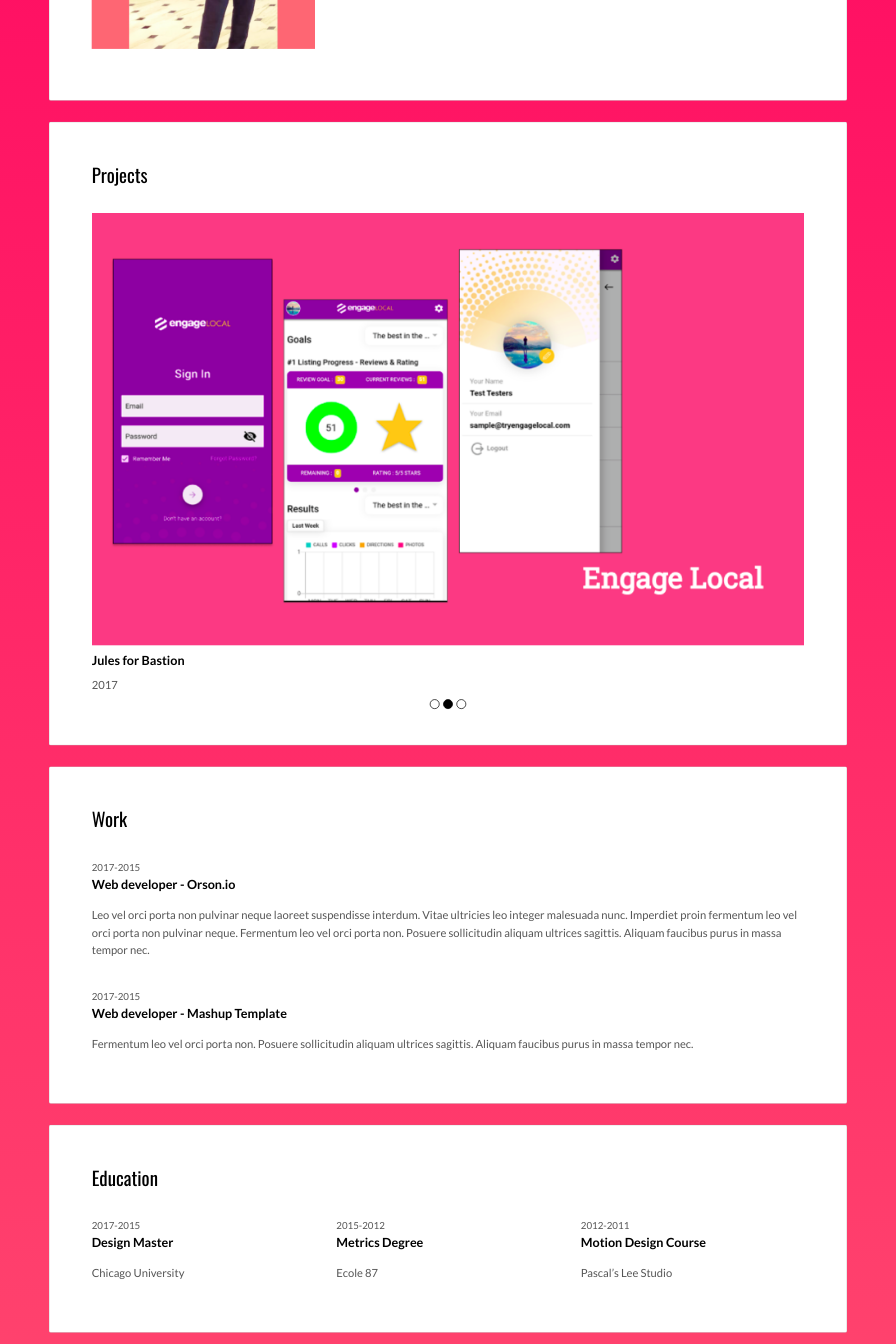
Repository: Ankit-singh7/work_with_ankit.github.io
Page: index.html
The author's editor kept a copy of each file at every save. The page is drawn from the files as they stood at one save, then again after the next save.
The browser window is 1280 px wide. The pictures show the part of the page from y = 687 to 2607 px (the page is 4167 px tall), at 70% of full size.
A picture or video elsewhere on the page could not be fetched, so the positions and the page height are approximate.

Above is the page before, as saved 2021-03-03 19:12:20.
Not found: assets/images/img-08.jpg

### index.html
<!DOCTYPE html>
<html lang="en">

<head>
  <meta charset="UTF-8">
  <meta content="IE=edge" http-equiv="X-UA-Compatible">
  <meta content="width=device-width,initial-scale=1" name="viewport">
  <meta content="description" name="description">
  <meta name="google" content="notranslate" />
  <meta content="Mashup templates have been developped by Orson.io team" name="author">

  <!-- Disable tap highlight on IE -->
  <meta name="msapplication-tap-highlight" content="no">

  <link rel="apple-touch-icon" sizes="180x180" href="./assets/apple-icon-180x180.png">
  <link href="./assets/images/img.jpg" rel="icon">

  <title>PORTFOLIO</title>

 <link href="./main.d8e0d294.css" rel="stylesheet"></head>

<body class="">

<!-- Add your content of header -->
<div class="background-color-layer" style="background-image: url('assets/images/img-01.jpg')"
></div>
<main class="content-wrapper">
  <header class="white-text-container section-container">
    <div class="text-center">
      <h1>I am Ankit Singh</h1>
      <p>Software Developer</p>
      <p>
        <a class="fa-icon fa-icon-2x" href="https://facebook.com/" title="">
          <i class="fa fa-facebook"></i>
        </a>
        <a class="fa-icon fa-icon-2x" href="https://twitter.com/" title="">
          <i class="fa fa-twitter"></i>
        </a>
        <a class="fa-icon fa-icon-2x" href="https://dribbble.com/" title="">
          <i class="fa fa-dribbble"></i>
        </a>
        <a class="fa-icon fa-icon-2x" href="https://www.linkedin.com/" title="">
          <i class="fa fa-linkedin"></i>
        </a>
        <a class="fa-icon fa-icon-2x" href="https://vimeo.com/" title="">
          <i class="fa fa-vimeo"></i>
        </a>
      </p>
    </div>
  </header>



<!-- Add your site or app content here -->

 <div class="container">
   <div class="row">
     <div class="col-xs-12">

        <div class="card">
          <div class="card-block">
            <h2>About me</h2>
            <div class="row">
              <div class="col-md-4">
                <p><img src="./assets/images/img.jpg" class="img-responsive" alt=""></p>
              </div>
              <div class="col-md-8">

              <p>Software Developer with 2+ years of experience in web development and hybrid mobile application development using Angular, Ionic and React Native.</p>
              <p>A technology enthusiast with a keen
                interest in problem solving with years of
                experience in Frontend Development and
                Hybrid Mobile App Development.</p>

              </div>
            </div>
          </div>
        </div>

        <!-- <div class="card">
          <div class="card-block">
            <h2>Projects</h2>
            <div class="row">
              <div class="col-md-4">
                <img src="./assets/images/img-02.jpg" class="img-responsive" alt="">
                <h3 class="h5">Amelia App</h3>
                <p>June 2017</p>
              </div>
              <div class="col-md-4">
                <img src="./assets/images/img-03.jpg" class="img-responsive" alt="">
                <h3 class="h5">Portland</h3>
                <p>March 2017</p>
              </div>
              <div class="col-md-4">
                <img src="./assets/images/img-04.jpg" class="img-responsive" alt="">
                <h3 class="h5">Denz for Nilon</h3>
                <p>Jan 2017</p>
              </div>
            </div>
          </div>
        </div> -->

        <div class="card">
          <div class="card-block">
            <h2>Projects</h2>
            <div id="carousel-example-generic" class="carousel slide" data-ride="carousel">


            <!-- Wrapper for slides -->
            <div class="carousel-inner" role="listbox">
              <div class="item active">
                <img src="./assets/images/ref.png" class="img-responsive" alt="...">
                <div class="carousel-caption">
                  <h3 class="h5">REF App (Made with Ionic)</h3>
                  <p>11/2020 - 03/2021</p>
                </div>
              </div>
              <div class="item">
                <img src="./assets/images/engage.png" class="img-responsive" alt="...">
                <div class="carousel-caption">
                  <h3 class="h5">Jules for Bastion</h3>
                  <p>2017</p>
                </div>
              </div>

              <div class="item">
                <img src="./assets/images/img-08.jpg" class="img-responsive" alt="...">
                <div class="carousel-caption">
                  <h3 class="h5">Jules for Bastion</h3>
                  <p>2017</p>
                </div>
              </div>
            </div>

            <!-- Indicators -->
            <ol class="carousel-indicators">
              <li data-target="#carousel-example-generic" data-slide-to="0" class="active"></li>
              <li data-target="#carousel-example-generic" data-slide-to="1"></li>
              <li data-target="#carousel-example-generic" data-slide-to="2"></li>
            </ol>

          </div>
          </div>
        </div>

        <div class="card">
          <div class="card-block">
            <h2>Work</h2>
            <div class="work-experience">
              <small class="date">2017-2015</small>
              <h3 class="h5 date-title">Web developer - <a href="http://en.orson.io" title="Create professionnal website">Orson.io</a></h3>


              <p>Leo vel orci porta non pulvinar neque laoreet suspendisse interdum. Vitae ultricies leo integer malesuada nunc. Imperdiet proin fermentum leo vel orci porta non pulvinar neque. Fermentum leo vel orci porta non. Posuere sollicitudin aliquam ultrices sagittis. Aliquam faucibus purus in massa tempor nec.</p>
            </div>

            <div class="work-experience">
              <small class="date">2017-2015</small>
              <h3 class="h5 date-title">Web developer - <a href="http://mashup-template.com" title="">Mashup Template</a></h3>

              <p>Fermentum leo vel orci porta non. Posuere sollicitudin aliquam ultrices sagittis. Aliquam faucibus purus in massa tempor nec.</p>
            </div>
          </div>
        </div>


        <div class="card">
          <div class="card-block">
            <h2>Education</h2>
            <div class="row">
              <div class="col-md-4">
                <div class="education-experience">
                  <small class="date">2017-2015</small>
                  <h3 class="h5 date-title">Design Master</h3>
                  <p>Chicago University</p>
                </div>

              </div>
              <div class="col-md-4">
                <div class="education-experience">
                  <small class="date">2015-2012</small>
                  <h3 class="h5 date-title">Metrics Degree</h3>
                  <p>Ecole 87</p>
                </div>
              </div>
              <div class="col-md-4">
                <div class="education-experience">
                  <small class="date">2012-2011</small>
                  <h3 class="h5 date-title">Motion Design Course</h3>
                  <p>Pascal’s Lee Studio</p>
                </div>
              </div>
            </div>
          </div>
        </div>

        <div class="card">
          <div class="card-block">
            <h2>Language</h2>
            <div class="row">
              <div class="col-md-4">
                <div class="language-experience">
                  <h3 class="h5">English  <small>Bilingual</small></h3>
                </div>
              </div>
              <div class="col-md-4">
                <div class="language-experience">
                  <h3 class="h5">French  <small>Fluent</small></h3>
                </div>
              </div>
              <div class="col-md-4">
                <div class="language-experience">
                  <h3 class="h5">Russian  <small>Beginner</small></h3>
                </div>
              </div>
            </div>
          </div>
        </div>



        <div class="card">
          <div class="card-block">
            <h2>Social Network</h2>
            <div class="row">
              <div class="col-md-3">
                <p class="social-buttons"><a href="https://twitter.com/" title=""><span class="social-round-icon fa-icon"><i class="fa fa-twitter"></i></span>@David_Folley</a></p>
              </div>
              <div class="col-md-3">
                <p class="social-buttons"><a href="https://www.linkedin.com/" title=""><span class="social-round-icon fa-icon"><i class="fa fa-linkedin"></i></span>David Folley</a></p>
              </div>
              <div class="col-md-3">
                <p class="social-buttons"><a href="https://dribbble.com/" title=""><span class="social-round-icon fa-icon"><i class="fa fa-dribbble"></i></span>David Folley</a></p>
              </div>
            </div>
          </div>
        </div>

        <div class="card">
          <div class="card-block">
            <h2>Contact</h2>
            <form action="" class="reveal-content">
              <div class="form-group">
                <input type="email" class="form-control" id="email" placeholder="Email">
              </div>
              <div class="form-group">
                <input type="text" class="form-control" id="subject" placeholder="Subject">
              </div>
              <div class="form-group">
                <textarea class="form-control" rows="5" placeholder="Enter your message"></textarea>
              </div>
              <div class="form-group">
                <button type="submit" class=" btn btn-primary">Send message</button>
              </div>
            </form>
          </div>
        </div>

     </div>
   </div>
 </div>

</main>
<footer class="footer-container white-text-container text-center">
  <div class="container">
    <div class="row">
      <div class="col-xs-12">
        <p><img src="./assets/images/mashup-icon.svg" alt=""></p>

        <p>©All right reserved. Design <a href="http://www.mashup-template.com/" title="Create website with free html template">Mashup Template</a>/<a href="https://unsplash.com/" title="Beautiful Free Images">Unsplash</a></p>
        <p>
          <a class="fa-icon fa-icon-2x" href="https://facebook.com/" title="">
            <i class="fa fa-facebook"></i>
          </a>
          <a class="fa-icon fa-icon-2x" href="https://twitter.com/" title="">
            <i class="fa fa-twitter"></i>
          </a>
          <a class="fa-icon fa-icon-2x" href="https://dribbble.com/" title="">
            <i class="fa fa-dribbble"></i>
          </a>
          <a class="fa-icon fa-icon-2x" href="https://www.linkedin.com/" title="">
            <i class="fa fa-linkedin"></i>
          </a>
          <a class="fa-icon fa-icon-2x" href="https://vimeo.com/" title="">
            <i class="fa fa-vimeo"></i>
          </a>
        </p>
      </div>
    </div>
  </div>
</footer>

<script>
  document.addEventListener("DOMContentLoaded", function (event) {
     scrollRevelation('.card');
  });
</script>
<!-- Google Analytics: change UA-XXXXX-X to be your site's ID

<script>
  (function (i, s, o, g, r, a, m) {
    i['GoogleAnalyticsObject'] = r; i[r] = i[r] || function () {
      (i[r].q = i[r].q || []).push(arguments)
    }, i[r].l = 1 * new Date(); a = s.createElement(o),
      m = s.getElementsByTagName(o)[0]; a.async = 1; a.src = g; m.parentNode.insertBefore(a, m)
  })(window, document, 'script', '//www.google-analytics.com/analytics.js', 'ga');
  ga('create', 'UA-XXXXX-X', 'auto');
  ga('send', 'pageview');
</script>

--><script type="text/javascript" src="./main.bc58148c.js"></script></body>

</html>

Loaded but not shown: main.d8e0d294.css (library); main.bc58148c.js (library)

After the next save:
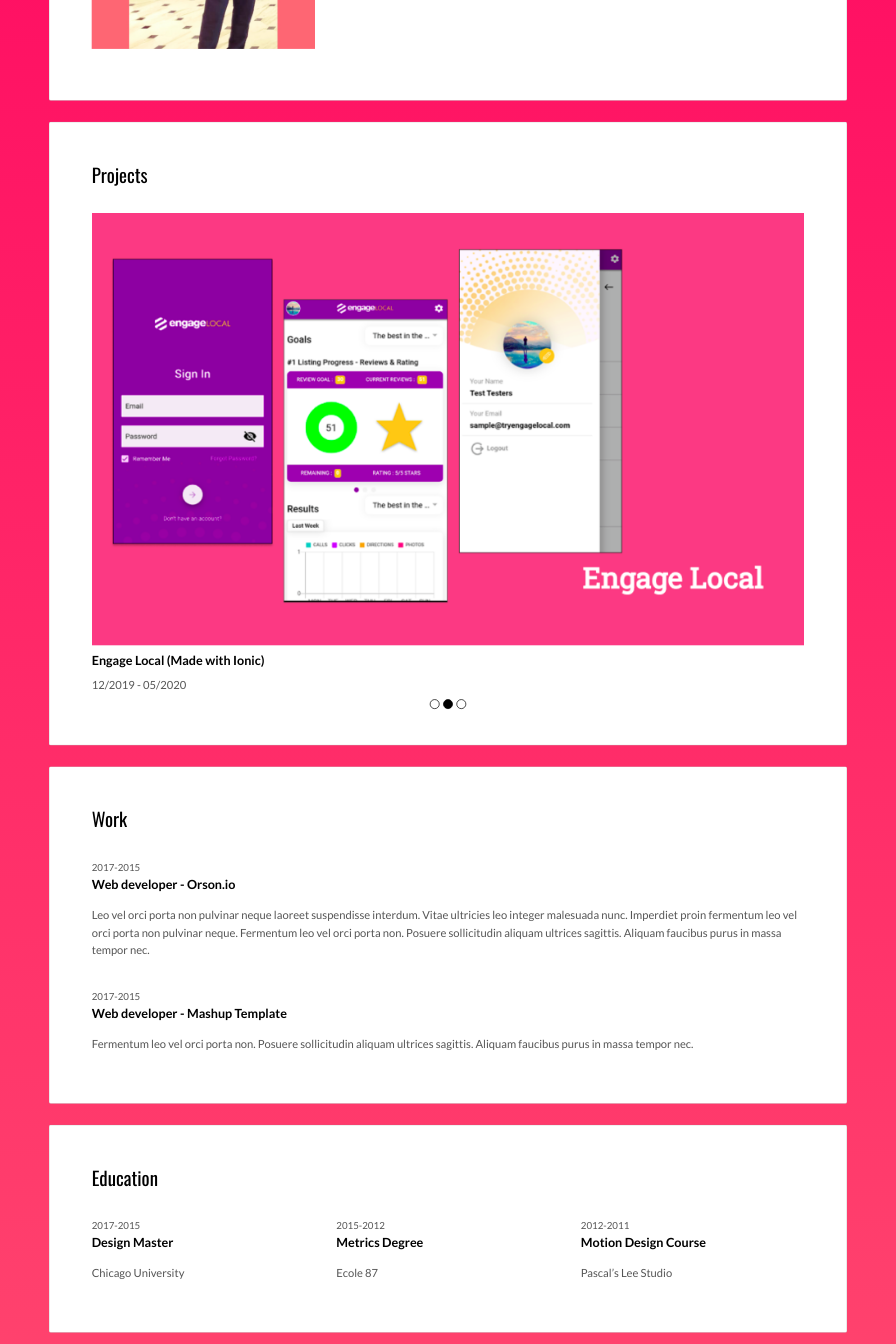
Saved 86 s later.
--- a/index.html
+++ b/index.html
@@ -118,8 +118,8 @@
               <div class="item">
                 <img src="./assets/images/engage.png" class="img-responsive" alt="...">
                 <div class="carousel-caption">
-                  <h3 class="h5">Jules for Bastion</h3>
-                  <p>2017</p>
+                  <h3 class="h5">Engage Local (Made with Ionic)</h3>
+                  <p>12/2019 - 05/2020</p>
                 </div>
               </div>
 
